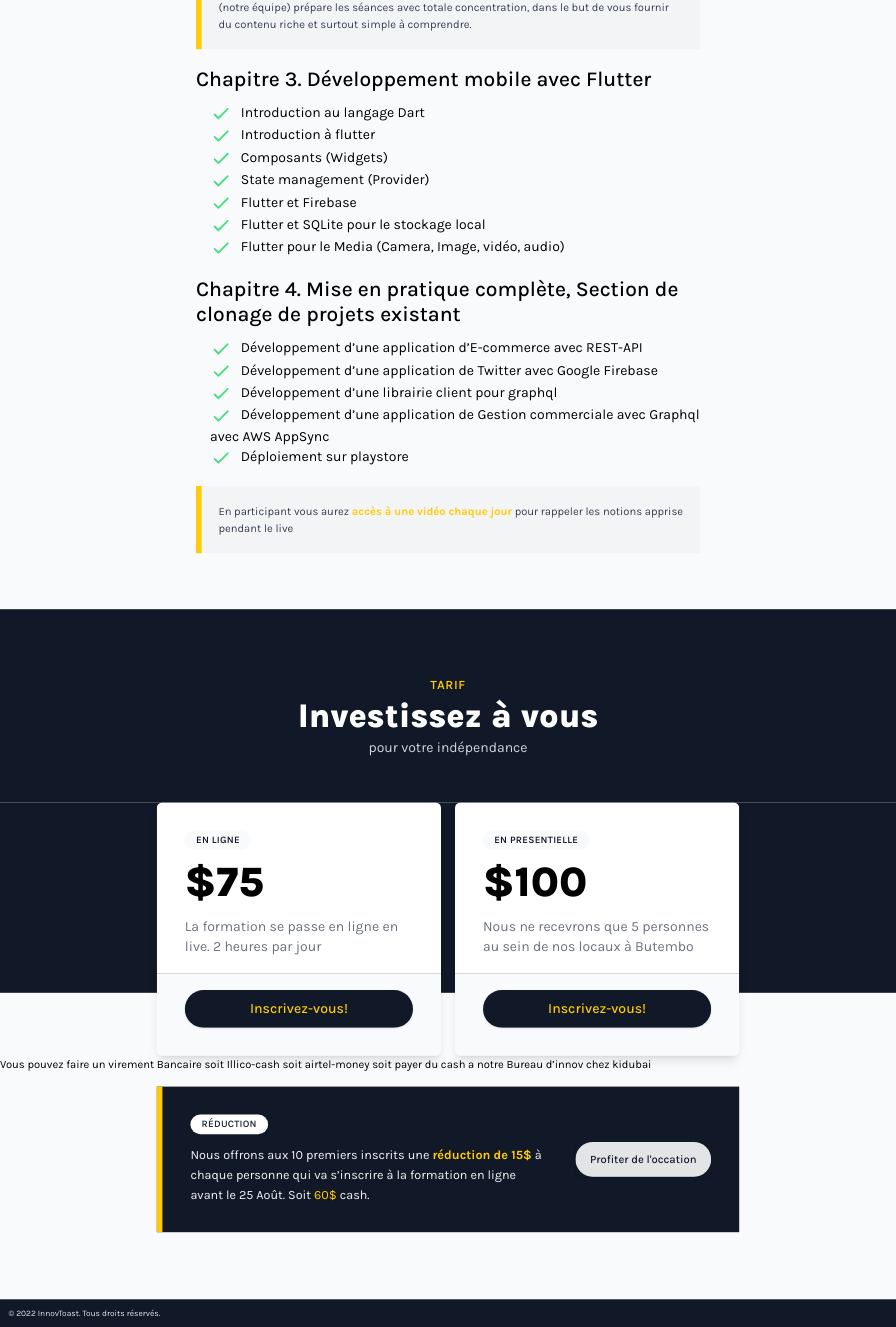
Repository: alfredlwanzo/course
Page: /
An editor plug-in stored every save of this project. The page is shown before and after the next save, followed by the edit.
The browser window is 1280 px wide. The pictures show the part of the page from y = 1606 to 3526 px (the page is 3502 px tall before and 3526 px after), at 70% of full size.
The project was rebuilt for these pictures with package versions that can differ from the ones it lists, and the page was loaded fresh each time. The framework's server and built-in components were replaced by stand-ins that run in the browser. Also part of the build but not shown: next.config.js.

Above is the page before, as saved 2022-08-09 15:58:23.

### pages/_app.tsx
import '../src/styles/globals.css'
import type { AppProps } from 'next/app'

function MyApp({ Component, pageProps }: AppProps) {
  return <Component {...pageProps} />
}

export default MyApp

### pages/_document.tsx
import NextDocument, { Html, Head, Main, NextScript } from "next/document";

type Props = {};

class MyDocument extends NextDocument<Props> {
  render() {
    return (
      <Html>
        <Head>
          <link rel="manifest" href="/manifest.json" />
          <link rel="apple-touch-icon" href="/icon.png"></link>
          <meta name="theme-color" content="#FFCB08" />
          <link rel="icon" href="/favicon.ico" />
        </Head>
        <body>
          <Main />
          <NextScript />
        </body>
      </Html>
    );
  }
}

export default MyDocument;

### pages/index.tsx
import Footer from '@src/components/Footers/Footer'
import ContentSection from '@src/components/sections/Content'
import HomeSection from '@src/components/sections/Home'
import PricingSection from '@src/components/sections/Pricing'
import type { NextPage } from 'next'
import Head from 'next/head'
import Image from 'next/image'


const Home: NextPage = () => {
  return (
    <div className="">
      <Head>
        <title>Innov | Bootcamp pour devenir fullStack developpeur</title>
        <meta name="description" content="Generated by create next app" />
        <link rel="icon" href="/favicon.ico" />
      </Head>

      <main className="">
       <section className="bg-primary border-l-8 border-l-gray-900 pt-12 md:pt-28 pb-14 md:pb-28">
        {/* section Home */}
        <HomeSection/>
       </section>

       {/* section content */}
       <section className="py-6 md:py-20">
        <ContentSection/>
       </section>
       {/* Section pricing */}
       <section>
        <PricingSection/>
       </section>
      </main>

      <Footer/>
    </div>
  )
}

export default Home

### src/styles/globals.css

/* Fonts: Comfortaa & Karla */
@import url('https://fonts.googleapis.com/css2?family=Comfortaa:wght@300;400;500;600;700&display=swap');
@import url('https://fonts.googleapis.com/css2?family=Karla:ital,wght@0,200;0,300;0,400;0,500;0,600;0,700;0,800;1,200;1,300;1,400;1,500;1,600;1,700;1,800&display=swap');

/* tailwind */
@tailwind base;
@tailwind components;
@tailwind utilities;


html,
body {
  padding: 0;
  margin: 0;
  @apply bg-gray-50;
  font-family: 'Karla', sans-serif;
}

a {
  color: inherit;
  text-decoration: none;
}

* {
  box-sizing: border-box;
}

### src/components/Footers/Footer.tsx
import React from 'react'
import Copyright from './Copyright'


const Footer = () => {
  return (
    <div className='bg-gray-900'>
        <Copyright/>
    </div>
  )
}

export default Footer

### src/components/sections/Content.tsx
import React from "react";
import { CheckIcon } from "@heroicons/react/outline";

const ContentSection = () => {
  return (
    <article className="max-w-3xl mx-auto px-3 sm:px-6">
      <blockquote className="bg-gray-900 border-l-8 border-l-primary text-xl text-gray-200 p-4">
        <h6 className="text-primary text-3xl font-extrabold">Contenu de la formation</h6>
        Des projets de A à Z. Du frontend au backend en passant par la conception et l’usage des bonnes pratiques. (flutter, <span className="text-primary">nodejs</span>,  mongodb, <span className="text-primary">google cloud run</span>, docker, ...)
        {/* Nous avons mis du temps à préparer afin de produire un contenue riche. Nous avons appliqué une approche de rendre des notions complexes, faciles à apprendre. Nous voulons qu’une personne après avoir participer à cette formation puisse être capable de produire une application de A à Z sans beaucoup de difficultés. Notre Objectif est de créer de meilleurs développeurs Full-stack. */}
      </blockquote>
      {/* Chapter 1 */}
      <div className="mt-6">
        <h2 className="text-3xl font-medium">
          Chapitre 1. Développer des API pour votre application avec Nodejs
        </h2>
        <ul className="list-inside pl-5 mt-4">
          <li className="text-xl ">
            <CheckIcon className="inline-block h-8 w-8 mr-3 text-green-400" />
            Introduction général à nodejs
          </li>
          <li className="text-xl ">
            <CheckIcon className="inline-block h-8 w-8 mr-3 text-green-400" />
            Structure de contrôle
          </li>
          <li className="text-xl ">
            <CheckIcon className="inline-block h-8 w-8 mr-3 text-green-400" />
            Structure de données
          </li>
          <li className="text-xl ">
            <CheckIcon className="inline-block h-8 w-8 mr-3 text-green-400" />
            Introduction à Express.js
          </li>
          <li className="text-xl ">
            <CheckIcon className="inline-block h-8 w-8 mr-3 text-green-400" />
            Premier API REST avec Express
          </li>
          <li className="text-xl ">
            <CheckIcon className="inline-block h-8 w-8 mr-3 text-green-400" />
            Notion sur Mongodb
          </li>
          <li className="text-xl ">
            <CheckIcon className="inline-block h-8 w-8 mr-3 text-green-400" />
            Express et Mongodb + Prisma
          </li>
          <li className="text-xl ">
            <CheckIcon className="inline-block h-8 w-8 mr-3 text-green-400" />
            Notion sur le Graphql
          </li>
          <li className="text-xl ">
            <CheckIcon className="inline-block h-8 w-8 mr-3 text-green-400" />
            Apollo-graphql + mongoose
          </li>
        </ul>
      </div>
      {/* Chapitre 2 */}
      <div className="mt-6">
        <h2 className="text-3xl font-medium">
          Chapitre 2. Mise en pratique de développement serveur
        </h2>
        <ul className="list-inside pl-5 mt-4 ">
          <li className="text-xl ">
            <CheckIcon className="inline-block h-8 w-8 mr-3 text-green-400" />
            REST-API d’E-commerce avec express et mongodb
          </li>
          <li className="text-xl ">
            <CheckIcon className="inline-block h-8 w-8 mr-3 text-green-400" />
            Graphql-API d’application de gestion avec apollo-server et mongodb
          </li>
          <li className="text-xl ">
            <CheckIcon className="inline-block h-8 w-8 mr-3 text-green-400" />
            Dockerfile
          </li>
          <li className="text-xl ">
            <CheckIcon className="inline-block h-8 w-8 mr-3 text-green-400" />
            Déploiement sur Google cloud Run
          </li>
        </ul>
      </div>
      <blockquote className="border-l-8 border-l-primary p-6 mt-6 bg-gray-100 text-gray-700">
      Avec 6 projets réels à développer,
            nous espèrons que vous allez aimer l’aventure.{" "}
            <span className="font-comfortaa font-bold">Innov</span> (notre
            équipe) prépare les séances avec totale concentration, dans le but
            de vous fournir du contenu riche et surtout simple à comprendre.
      </blockquote>
      {/* Chapitre 3 */}
      <div className="mt-6">
        <h2 className="text-3xl font-medium">
          Chapitre 3. Développement mobile avec Flutter
        </h2>
        <ul className="list-inside pl-5 mt-4 ">
          <li className="text-xl ">
            <CheckIcon className="inline-block h-8 w-8 mr-3 text-green-400" />
            Introduction au langage Dart
          </li>
          <li className="text-xl ">
            <CheckIcon className="inline-block h-8 w-8 mr-3 text-green-400" />
            Introduction à flutter
          </li>
          <li className="text-xl ">
            <CheckIcon className="inline-block h-8 w-8 mr-3 text-green-400" />
            Composants (Widgets)
          </li>
          <li className="text-xl ">
            <CheckIcon className="inline-block h-8 w-8 mr-3 text-green-400" />
            State management (Provider)
          </li>
          <li className="text-xl ">
            <CheckIcon className="inline-block h-8 w-8 mr-3 text-green-400" />
            Flutter et Firebase
          </li>
          <li className="text-xl ">
            <CheckIcon className="inline-block h-8 w-8 mr-3 text-green-400" />
            Flutter et SQLite pour le stockage local
          </li>
          <li className="text-xl ">
            <CheckIcon className="inline-block h-8 w-8 mr-3 text-green-400" />
            Flutter pour le Media (Camera, Image, vidéo, audio)
          </li>
        </ul>
      </div>
       {/* Chapitre 4 */}
       <div className="mt-6">
        <h2 className="text-3xl font-medium">
          Chapitre 4. Mise en pratique complète, Section de clonage de projets existant
        </h2>
        <ul className="list-inside pl-5 mt-4 ">
          <li className="text-xl ">
            <CheckIcon className="inline-block h-8 w-8 mr-3 text-green-400" />
            Développement d’une application d’E-commerce avec REST-API
          </li>
          <li className="text-xl ">
            <CheckIcon className="inline-block h-8 w-8 mr-3 text-green-400" />
            Développement d’une application de Twitter avec Google Firebase
          </li>
          <li className="text-xl ">
            <CheckIcon className="inline-block h-8 w-8 mr-3 text-green-400" />
            Développement d’une librairie client pour graphql
          </li>
          <li className="text-xl ">
            <CheckIcon className="inline-block h-8 w-8 mr-3 text-green-400" />
            Développement d’une application de Gestion commerciale avec Graphql avec AWS AppSync
          </li>
          <li className="text-xl ">
            <CheckIcon className="inline-block h-8 w-8 mr-3 text-green-400" />
            Déploiement sur playstore
          </li>
        </ul>
      </div>
      <blockquote className="border-l-8 border-l-primary p-6 mt-6 bg-gray-100 text-gray-700">
        En participant vous aurez <span className="font-bold text-primary">accès à une vidéo chaque jour</span> pour rappeler les notions apprise pendant le live
      </blockquote>
    </article>
  );
};

export default ContentSection;

### src/components/sections/Home.tsx
import React from "react";
import SubscribeButton from "../buttons/SubscribeButton";
import PairProgramming from "../icons/PairProgramming";

const HomeSection = () => {
  return (
    <div className="max-w-7xl mx-auto px-3 sm:px-6">
      <div className="grid md:grid-cols-2 gap-10 lg:gap-0">
        <div>
          <div className="bg-gray-700 bg-opacity-40 w-max py-1 px-3 rounded-full">
            <h6 className="font-bold text-primary">
              Du 1 septembre au 25 octobre 2022.
            </h6>
          </div>
          <h1 className="text-5xl md:text-6xl text-gray-900 font-extrabold uppercase mt-2">
            Bootcamp pour devenir full-stack developpeur
          </h1>
          <p className="text-xl mt-2 text-gray-900">
            Une machine pour vous transformer en développeur
            Full-Stack. Vous allez apprendre plusieurs notions difficiles à
            trouver dans nos universités.
          </p>
          <div className="hidden md:block mt-9">
            <SubscribeButton />
          </div>
        </div>
        <div className="flex flex-col items-center justify-center">
          <PairProgramming className="w-auto h-52 md:h-80 -bottom-10" />
          <div className="block md:hidden mt-12">
            <SubscribeButton />
          </div>
        </div>
      </div>
    </div>
  );
};

export default HomeSection;

### src/components/sections/Pricing.tsx

const tiers = [
  {
    name: 'En ligne',
    href: 'https://wa.me/+243978154329',
    price: 75,
    description: "La formation se passe en ligne en live.  2 heures par jour",
  },
  {
    name: 'En presentielle',
    href: 'https://wa.me/+243978154329',
    price: 100,
    description: 'Nous ne recevrons que 5 personnes au sein de nos locaux à Butembo',
  },
]

export default function PricingSection() {
  return (
    <div className="bg-gray-900">
      <div className="pt-12 sm:pt-16 lg:pt-24">
        <div className="max-w-4xl mx-auto text-center px-4 sm:px-6 lg:px-8">
          <div className="max-w-3xl mx-auto space-y-2 lg:max-w-none">
            <h2 className="text-lg leading-6 font-semibold text-primary uppercase tracking-wider">Tarif</h2>
            <p className="text-3xl font-extrabold text-white sm:text-4xl lg:text-5xl">
            Investissez à vous
            </p>
            <p className="text-xl text-gray-300">
              pour votre indépendance
            </p>
          </div>
        </div>
      </div>
      <div className="mt-8 pb-12 bg-gray-50 sm:mt-12 sm:pb-16 lg:mt-16 lg:pb-24">
        <div className="relative">
          <div className="absolute inset-0 h-3/4 bg-gray-900" />
          <div className="relative z-10 max-w-4xl mx-auto px-4 sm:px-6 lg:px-8">
            <div className="max-w-md mx-auto space-y-4 lg:max-w-5xl lg:grid lg:grid-cols-2 lg:gap-5 lg:space-y-0">
              {tiers.map((tier) => (
                <div key={tier.name} className="flex flex-col rounded-lg shadow-lg overflow-hidden">
                  <div className="px-6 py-8 bg-white sm:p-10 sm:pb-6">
                    <div>
                      <h3
                        className="inline-flex px-4 py-1 rounded-full text-sm font-semibold tracking-wide uppercase bg-gray-50 text-gray-900"
                        id="tier-standard"
                      >
                        {tier.name}
                      </h3>
                    </div>
                    <div className="mt-4 flex items-baseline text-6xl font-extrabold">
                      ${tier.price}
                    </div>
                    <p className="mt-5 text-xl text-gray-500">{tier.description}</p>
                  </div>
                  <div className="flex-1 flex flex-col justify-between px-6 pt-6 pb-8 bg-gray-50 space-y-6 sm:p-10 sm:pt-6">

                    <div className="rounded-full shadow">
                      <a
                        href={tier.href}
                        target="_blank"
                        rel="noreferrer"
                        className="flex items-center justify-center px-5 py-3 border border-transparent text-xl font-medium rounded-full text-primary bg-gray-900 hover:bg-gray-900"
                        aria-describedby="tier-standard"
                      >
                        Inscrivez-vous!
                      </a>
                    </div>
                  </div>
                </div>
              ))}
            </div>
          </div>
        </div>
        <p>Vous pouvez faire un virement Bancaire soit Illico-cash soit airtel-money soit payer du cash a notre Bureau d’innov chez kidubai</p>
        <div className="mt-4 relative max-w-4xl mx-auto px-4 sm:px-6 lg:px-8 lg:mt-5">
          <div className="max-w-md mx-auto lg:max-w-5xl">
            <div className="border-l-8 border-l-primary bg-gray-900 px-6 py-8 sm:p-10 lg:flex lg:items-center">
              <div className="flex-1">
                <div>
                  <h3 className="inline-flex px-4 py-1 rounded-full text-sm font-semibold tracking-wide uppercase bg-white text-gray-800">
                    Réduction
                  </h3>
                </div>
                <div className="mt-4 text-lg text-gray-100">
                Nous offrons aux 10 premiers inscrits une <span className="font-bold text-primary">réduction de 15$</span> à chaque personne qui va s’inscrire à la formation en ligne avant le 25 Août. Soit <span className="text-primary">60$</span> cash.
                </div>
              </div>
              <div className="mt-6 rounded-md shadow lg:mt-0 lg:ml-10 lg:flex-shrink-0">
                <a
                  href="https://wa.me/+243978154329"
                  target="_blank"
                  rel="noreferrer"
                  className="flex items-center justify-center animate-pulse px-5 py-3 border border-transparent text-base font-medium rounded-full text-gray-900 bg-white hover:bg-gray-50"
                >
                  Profiter de l&apos;occation
                </a>
              </div>
            </div>
          </div>
        </div>
      </div>
    </div>
  )
}

### src/components/Footers/Copyright.tsx
import React from 'react'

const Copyright = () => {
  return (
    <div className='max-w-7xl mx-auto px-3 sm:px-6" py-3 text-gray-200 '>
        <p className='text-xs'>© 2022 InnovToast. Tous droits réservés.</p>
    </div>
  )
}

export default Copyright

### src/components/buttons/SubscribeButton.tsx
import React from "react";

const SubscribeButton = () => {
  return (
    <a
      href="https://wa.me/+243978154329"
      target="_blank"
      rel="noreferrer"
      className="bg-gray-900 text-primary animate-pulse py-4 px-10 text-xl font-semibold rounded-full border-4 border-gray-800 hover:bg-opacity-95 hover:border-gray-900"
    >
      Inscrivez-vous!
    </a>
  );
};

export default SubscribeButton;

Loaded but not shown: tailwind.config.js (18 lines, source omitted); src/components/icons/PairProgramming.tsx (865 lines, source omitted)

After the next save:
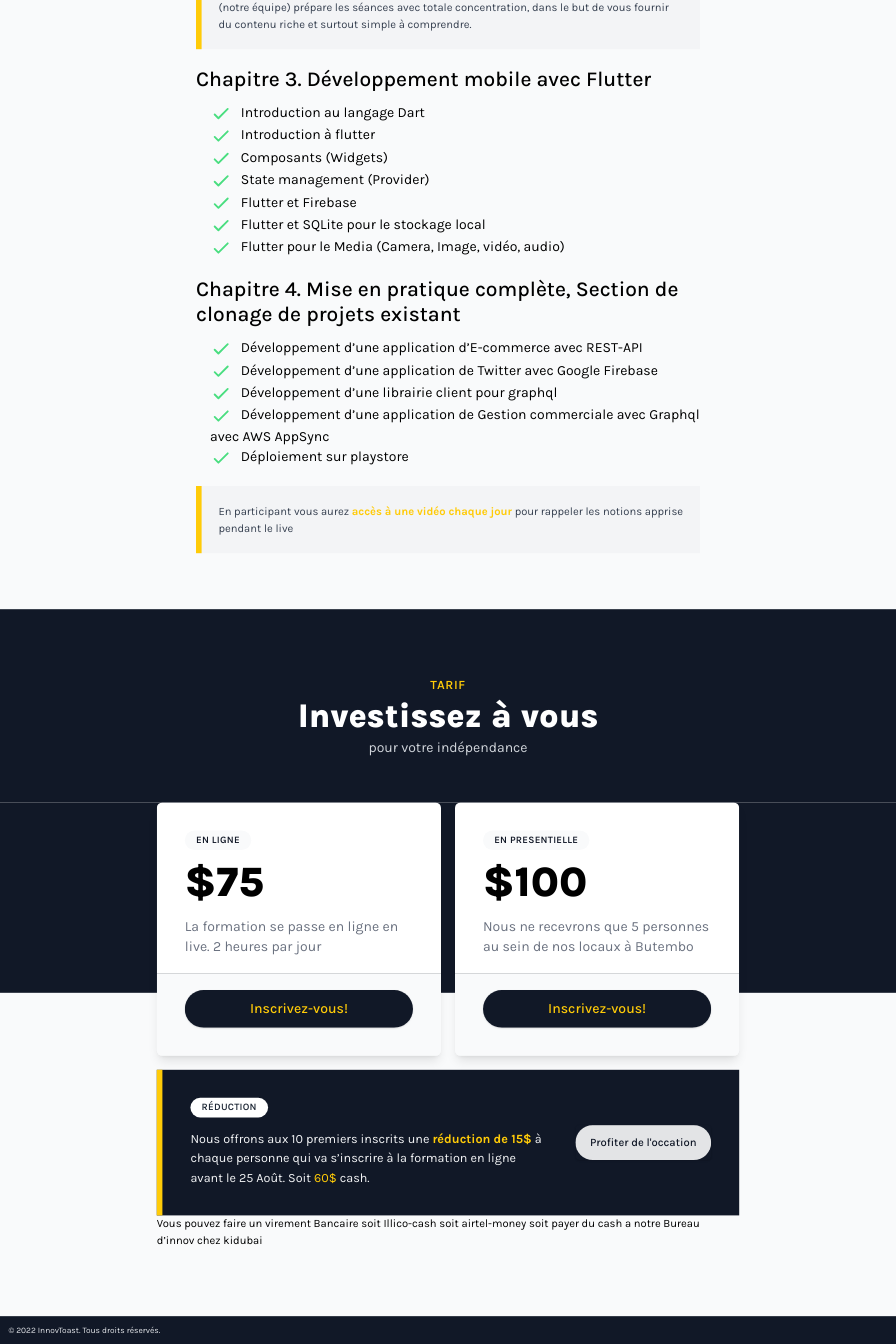
Saved 36 s later.
--- a/src/components/sections/Pricing.tsx
+++ b/src/components/sections/Pricing.tsx
@@ -70,7 +70,6 @@
             </div>
           </div>
         </div>
-        <p>Vous pouvez faire un virement Bancaire soit Illico-cash soit airtel-money soit payer du cash a notre Bureau d’innov chez kidubai</p>
         <div className="mt-4 relative max-w-4xl mx-auto px-4 sm:px-6 lg:px-8 lg:mt-5">
           <div className="max-w-md mx-auto lg:max-w-5xl">
             <div className="border-l-8 border-l-primary bg-gray-900 px-6 py-8 sm:p-10 lg:flex lg:items-center">
@@ -95,6 +94,7 @@
                 </a>
               </div>
             </div>
+            <div> Vous pouvez faire un virement Bancaire soit Illico-cash soit airtel-money soit payer du cash a notre Bureau d’innov chez kidubai</div>
           </div>
         </div>
       </div>
